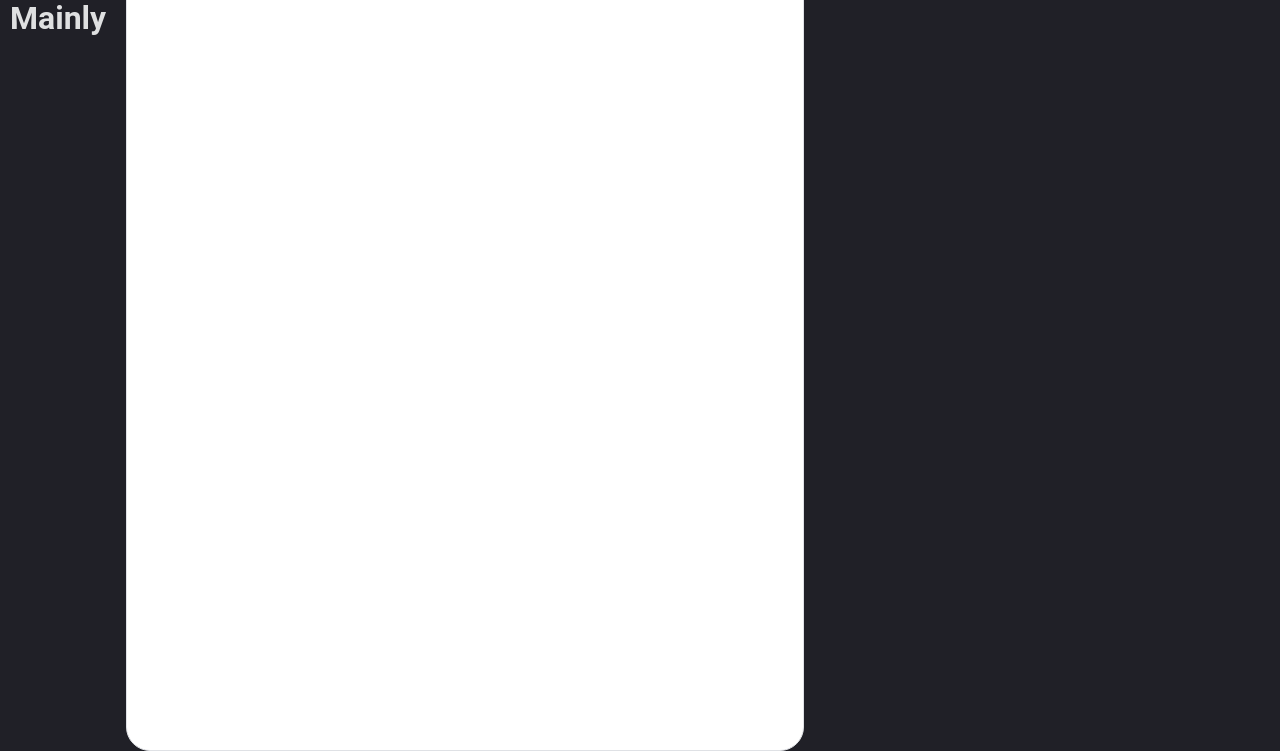
Repository: M1NARTY/WebProgramming
Page: feelLuck.html
The author's editor kept a copy of each file at every save. The page is drawn from the files as they stood at one save, then again after the next save.
The browser window is 1280 px wide. The pictures show the whole page.

Above is the page before, as saved 2023-12-18 00:34:20.

### feelLuck.html
<!DOCTYPE html>
<html lang="ko">
    <head>
        <meta charset="UTF-8">
        <title>Mainly Dude</title>
        <link rel="stylesheet" href="feelLuck.css">
        <style>

        </style>
    </head>
    <body style="background-color:#202027">
        <div class="top">
            <h1>Mainly</h1>
            <div class="box"></div>
        </div>
    </body>
</html>

### feelLuck.css
body {
    height: 100%;
    margin: 0;
}

.top {
    display: flex;
    align-items: center; /* 세로 중앙 정렬을 위해 추가 */
    height: 100vh; /* 화면 전체 높이를 차지하도록 설정 */
}

.top h1  {
    display: inline-block;
    font-family: "Roboto";
    color: #dfe0e1;
    margin-top: 20px;
    margin-left: 10px;
    height: 100%;
}

.box {
    display: inline-block;
    width: 616px;
    margin: 20px;
    padding : 30px;
    border : 1px solid #DFE1E5;
    border-radius : 24px;
    background: #FFF;
    height: 100%;
}

After the next save:
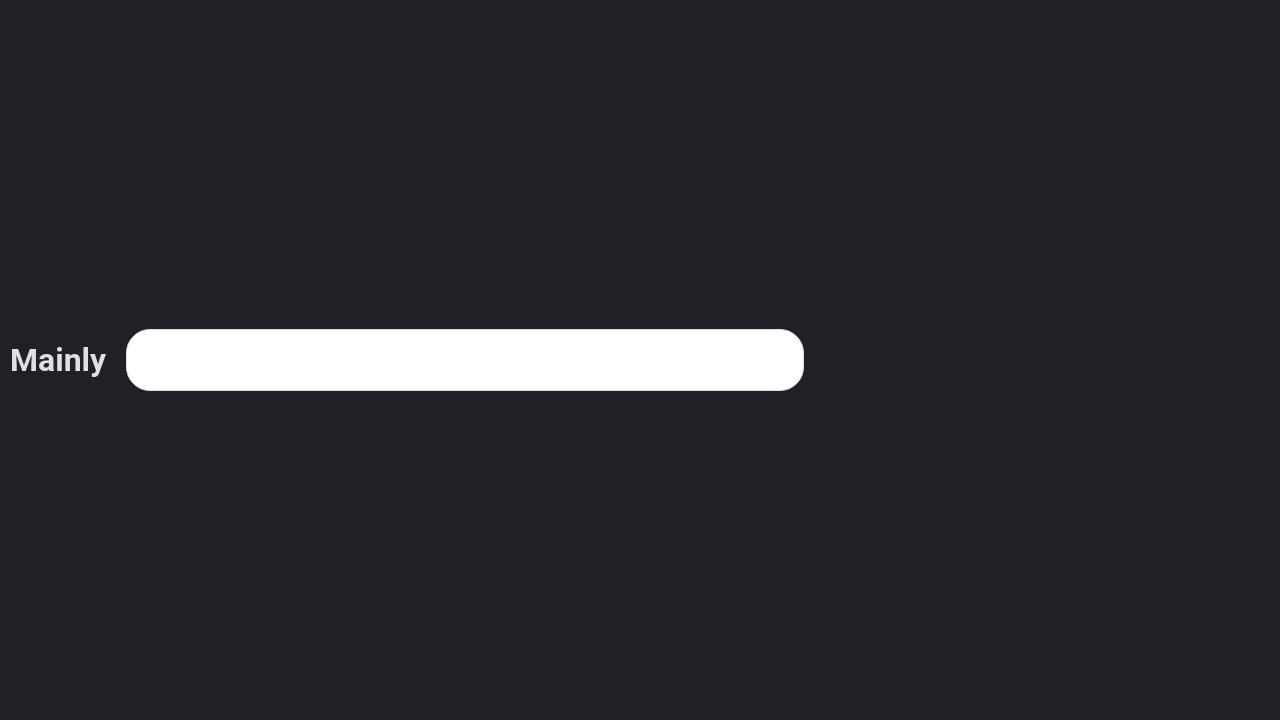
Saved 57 s later.
--- a/feelLuck.css
+++ b/feelLuck.css
@@ -10,15 +10,12 @@
 }
 
 .top h1  {
-    display: inline-block;
     font-family: "Roboto";
     color: #dfe0e1;
-    margin-top: 20px;
     margin-left: 10px;
-    height: 100%;
 }
 
-.box {
+/* .box {
     display: inline-block;
     width: 616px;
     margin: 20px;
@@ -27,4 +24,13 @@
     border-radius : 24px;
     background: #FFF;
     height: 100%;
+} */
+
+.box {
+    width: 616px;
+    margin: 20px;
+    padding: 30px;
+    border: 1px solid #DFE1E5;
+    border-radius: 24px;
+    background: #FFF;
 }
